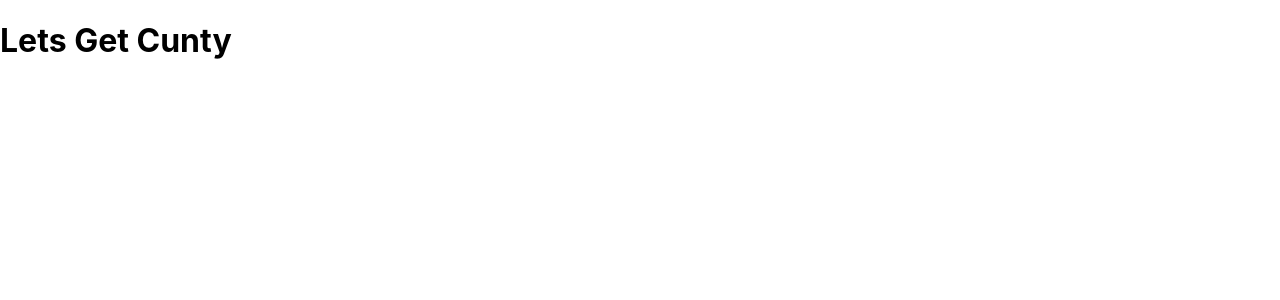
Repository: remydev47/realestate1.0
Page: /
An editor plug-in stored every save of this project. The page is shown before and after the next save, followed by the edit.
The browser window is 1280 px wide. The pictures show the whole page.
The project was rebuilt for these pictures with package versions that can differ from the ones it lists, and the page was loaded fresh each time. The framework's server and built-in components were replaced by stand-ins that run in the browser. Also part of the build but not shown: next.config.js.

Above is the page before, as saved 2022-03-11 13:37:51.

### pages/index.js
import Head from 'next/head'
import Link from 'next/link'
import Image from 'next/image'
import { Flex, Box, Text, Button } from '@chakra-ui/react'

const Banner = () => (
  <Flex flexWrap="wrap" justifyContent="center" alignItems="center" m="10">

  </Flex>
)

export default function Home() {
  return (
    <div className="">
        <title>Realtor-2.0</title>
        <link rel="icon" href="/favicon.ico" />
       <h1>Lets Get Cunty</h1>
    </div>
  )
}

Loaded but not shown: pages/_app.js (common file); styles/globals.css (common file)

After the next save:
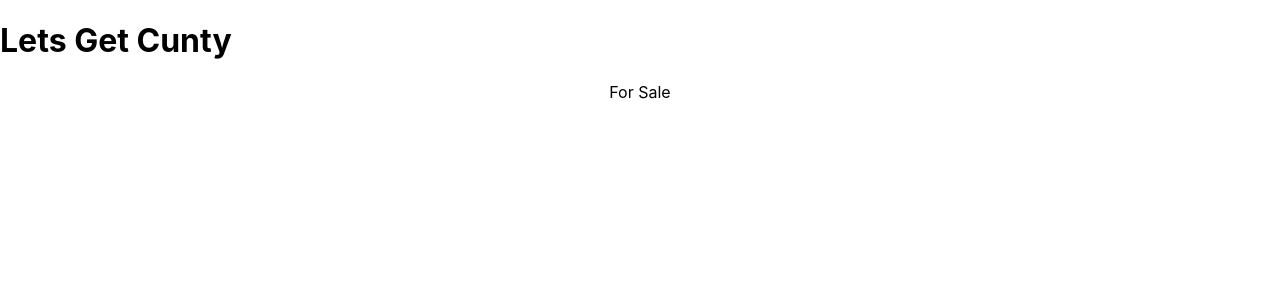
Saved 96 s later.
--- a/pages/index.js
+++ b/pages/index.js
@@ -3,9 +3,9 @@ import Link from 'next/link'
 import Image from 'next/image'
 import { Flex, Box, Text, Button } from '@chakra-ui/react'
 
-const Banner = () => (
+const Banner = ({purpose}) => (
   <Flex flexWrap="wrap" justifyContent="center" alignItems="center" m="10">
-
+    {purpose}
   </Flex>
 )
 
@@ -15,6 +15,7 @@ export default function Home() {
         <title>Realtor-2.0</title>
         <link rel="icon" href="/favicon.ico" />
        <h1>Lets Get Cunty</h1>
+       <Banner purpose={'For Sale'} />
     </div>
   )
 }
